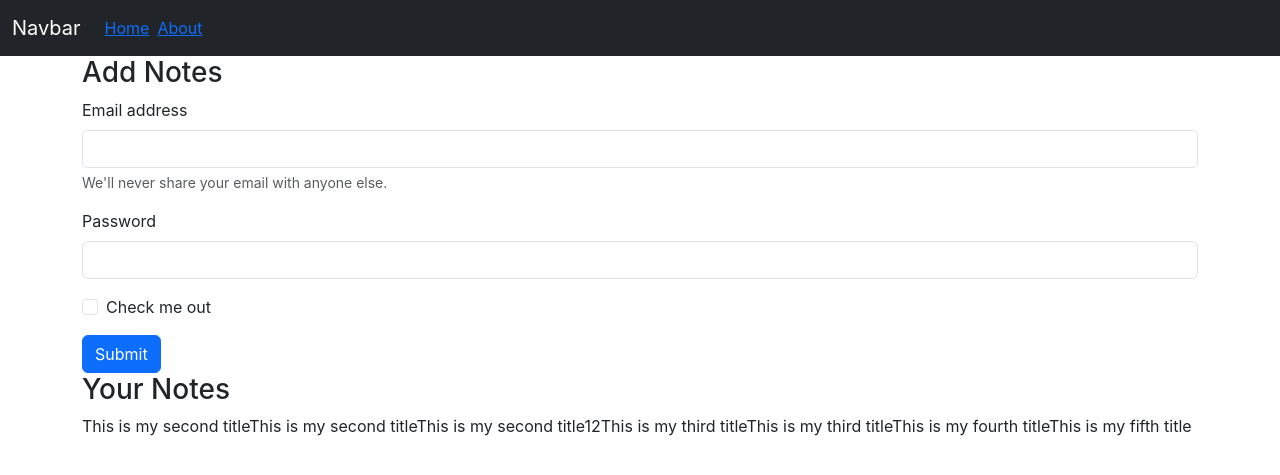
Repository: alphacode77/DailyNotes-react
Page: /
The author's editor kept a copy of each file at every save. The page is drawn from the files as they stood at one save, then again after the next save.
The browser window is 1280 px wide. The pictures show the whole page.
Some web libraries are served in a nearby version. The project was rebuilt for these pictures with package versions that can differ from the ones it lists, and the page was loaded fresh each time. Also part of the build but not shown: src/App.css, src/components/About.js.

Above is the page before, as saved 2023-02-28 16:19:13.

### public/index.html
<!DOCTYPE html>
<html lang="en">
  <head>
    <meta charset="utf-8" />
    <link rel="icon" href="%PUBLIC_URL%/favicon.ico" />
    <meta name="viewport" content="width=device-width, initial-scale=1" />
    <meta name="theme-color" content="#000000" />
    <meta
      name="description"
      content="Web site created using create-react-app"
    />
    <link rel="apple-touch-icon" href="%PUBLIC_URL%/logo192.png" />
    <!--
      manifest.json provides metadata used when your web app is installed on a
      user's mobile device or desktop. See https://developers.google.com/web/fundamentals/web-app-manifest/
    -->
    <link rel="manifest" href="%PUBLIC_URL%/manifest.json" />
    <!--
      Notice the use of %PUBLIC_URL% in the tags above.
      It will be replaced with the URL of the `public` folder during the build.
      Only files inside the `public` folder can be referenced from the HTML.

      Unlike "/favicon.ico" or "favicon.ico", "%PUBLIC_URL%/favicon.ico" will
      work correctly both with client-side routing and a non-root public URL.
      Learn how to configure a non-root public URL by running `npm run build`.
    -->
    <link href="https://cdn.jsdelivr.net/npm/bootstrap@5.3.0-alpha1/dist/css/bootstrap.min.css" rel="stylesheet" integrity="sha384-GLhlTQ8iRABdZLl6O3oVMWSktQOp6b7In1Zl3/Jr59b6EGGoI1aFkw7cmDA6j6gD" crossorigin="anonymous">
    <title>React App</title>
  </head>
  <body>
    <noscript>You need to enable JavaScript to run this app.</noscript>
    <div id="root"></div>
    <!--
      This HTML file is a template.
      If you open it directly in the browser, you will see an empty page.

      You can add webfonts, meta tags, or analytics to this file.
      The build step will place the bundled scripts into the <body> tag.

      To begin the development, run `npm start` or `yarn start`.
      To create a production bundle, use `npm run build` or `yarn build`.
    -->
    <script src="https://cdn.jsdelivr.net/npm/bootstrap@5.3.0-alpha1/dist/js/bootstrap.bundle.min.js" integrity="sha384-w76AqPfDkMBDXo30jS1Sgez6pr3x5MlQ1ZAGC+nuZB+EYdgRZgiwxhTBTkF7CXvN" crossorigin="anonymous"></script>
    <script src="https://kit.fontawesome.com/320aa9be75.js" crossorigin="anonymous"></script>
  </body>
</html>

### src/index.css
body {
  margin: 0;
  font-family: -apple-system, BlinkMacSystemFont, 'Segoe UI', 'Roboto', 'Oxygen',
    'Ubuntu', 'Cantarell', 'Fira Sans', 'Droid Sans', 'Helvetica Neue',
    sans-serif;
  -webkit-font-smoothing: antialiased;
  -moz-osx-font-smoothing: grayscale;
}

code {
  font-family: source-code-pro, Menlo, Monaco, Consolas, 'Courier New',
    monospace;
}


/* Custom Styles */
i{
  cursor: pointer;
}

### src/App.js
import './App.css';
import Navbar from './components/Navbar';
import Home from './components/Home';
import About from './components/About';
import NoteState from './Context/Notes/NoteState';
import {
  BrowserRouter as Router,
  Route,
  Routes
} from "react-router-dom";

function App() {
  return (
    <>
    <NoteState>


    <Router>
    <Navbar/>
    <Routes>
      <Route exact path="/" element={<Home/>} />
      <Route exact path="/about" element={<About/>} />
      {/* <Route exactPath="/navbar" element={<Navbar/>} /> */}
    </Routes>
  </Router>
  </NoteState>

    </>

  );
}

export default App;

### src/components/Navbar.js
import React, { useEffect }  from 'react'
import { Link,useLocation } from 'react-router-dom'

const Navbar = ()=>{
  let location = useLocation();
  useEffect(()=>{

  },[location])
    return (
     <>
     <nav className="navbar navbar-expand-lg bg-dark navbar-dark">
  <div className="container-fluid">
    <Link className="navbar-brand" to="/">Navbar</Link>
    <button className="navbar-toggler" type="button" data-bs-toggle="collapse" data-bs-target="#navbarSupportedContent" aria-controls="navbarSupportedContent" aria-expanded="false" aria-label="Toggle navigation">
      <span className="navbar-toggler-icon"></span>
    </button>
    <div className="collapse navbar-collapse" id="navbarSupportedContent">
      <ul className="navbar-nav me-auto mb-2 mb-lg-0">
        <li className="nav-item mx-2">
          <Link className={`"nav-link" ${location.pathname==="/"?"active":""}`} aria-current="page" to="/">Home</Link>
        </li>
        <li className="nav-item">
          <Link className={`"nav-link" ${location.pathname==="/about"?"active":""}`} to="/about">About</Link>
        </li>
      </ul>

    </div>
  </div>
</nav>
     </>
    )
}

export default Navbar

### src/components/Home.js
import React, { useContext } from "react"
import NoteContext from "../Context/Notes/NoteContext"

const Home =()=>{
  const context = useContext(NoteContext);
  const{notes,setNotes} = context
    return(
        <>
        <div className="container">
        <h3>Add Notes</h3>
        <form>
  <div class="mb-3 ">
    <label for="exampleInputEmail1" class="form-label">Email address</label>
    <input type="email" class="form-control" id="exampleInputEmail1" aria-describedby="emailHelp"/>
    <div id="emailHelp" class="form-text">We'll never share your email with anyone else.</div>
  </div>
  <div class="mb-3">
    <label for="exampleInputPassword1" class="form-label">Password</label>
    <input type="password" class="form-control" id="exampleInputPassword1"/>
  </div>
  <div class="mb-3 form-check">
    <input type="checkbox" class="form-check-input" id="exampleCheck1"/>
    <label class="form-check-label" for="exampleCheck1">Check me out</label>
  </div>
  <button type="submit" class="btn btn-primary">Submit</button>
</form>
</div>
<div className="container">
  <h3>Your Notes</h3>
  {notes.map((note)=>{
    return note.title;
  })}
</div>
        </>
    )
}

export default Home

### src/Context/Notes/NoteState.js
import React, { useState } from "react";
import NoteContext from "./NoteContext"


const NoteState = (props) => {

  const initalNotes = [
    {
      "_id": "63f3b6c7c6863985aada677be",
      "user": "63f20b9a00ad623ad3d4dae2",
      "title": "This is my second title",
      "description": "Description of the second note",
      "tag": "demo check",
      "date": "2023-02-20T18:07:03.296Z",
      "__v": 0
    },
    {
      "_id": "63f3b892a33086ff244bcc267",
      "user": "63f20b9a00ad623ad3d4dae2",
      "title": "This is my second title",
      "description": "Description of the second note",
      "tag": "demo check",
      "date": "2023-02-20T18:14:42.184Z",
      "__v": 0
    },
    {
      "_id": "63f3b89ca34086ff244bcc26b",
      "user": "63f20b9a00ad623ad3d4dae2",
      "title": "This is my second title12",
      "description": "Description of the second note12",
      "tag": "demo check",
      "date": "2023-02-20T18:14:52.449Z",
      "__v": 0
    },
    {
      "_id": "63f49f58882156f0ed94969e",
      "user": "63f20b9a00ad623ad3d4dae2",
      "title": "This is my third title",
      "description": "Description of the third note",
      "tag": "personal",
      "date": "2023-02-21T10:39:20.800Z",
      "__v": 0
    },
    {
      "_id": "63f49f588821565f0ed94969e",
      "user": "63f20b9a00ad623ad3d4dae2",
      "title": "This is my third title",
      "description": "Description of the third note",
      "tag": "personal",
      "date": "2023-02-21T10:39:20.800Z",
      "__v": 0
    },
    {
      "_id": "63f90022ae5c6479c6e95d43e",
      "user": "63f20b9a00ad623ad3d4dae2",
      "title": "This is my fourth title",
      "description": "Description of the fourth note",
      "tag": "personal",
      "date": "2023-02-24T18:21:30.036Z",
      "__v": 0
    },
    {
      "_id": "63f90b33480d3d651f2ba231",
      "user": "63f20b9a00ad623ad3d4dae2",
      "title": "This is my fifth title",
      "description": "Description of the fifth note",
      "tag": "personal",
      "date": "2023-02-24T19:08:35.605Z",
      "__v": 0
    }
  ]
  const [notes, setNotes] = useState(initalNotes)

  //Add Notes
  const addNote = (title, description, tag) => {
    let note = {
      "_id": "63f90022ae5c6479c6e95d43e",
      "user": "63f20b9a00ad623ad3d4dae2",
      "title": title,
      "description": description,
      "tag": tag,
      "date": "2023-02-24T18:21:30.036Z",
      "__v": 0
    }
    setNotes(notes.concat(note))
  }

  //Delete Notes
  const deleteNote = () => {

  }

  //Update Notes
  const updateNote = () => {

  }
  return (
    <NoteContext.Provider value={{ notes, setNotes, addNote, deleteNote, updateNote }}>
      {props.children}
    </NoteContext.Provider>

  )
}

export default NoteState;

### src/Context/Notes/NoteContext.js
import {createContext} from 'react'

const NoteContext = createContext();

export default NoteContext;

### src/components/Notes.js
import React from 'react'

function Notes() {
  return (
  <>
  <div className="container">
  <h3>Your Notes</h3>
  {notes.map((note)=>{
    return note.title;
  })}
</div>
  </>
  )
}

export default Notes

Loaded but not shown: src/index.js (common file)

After the next save:
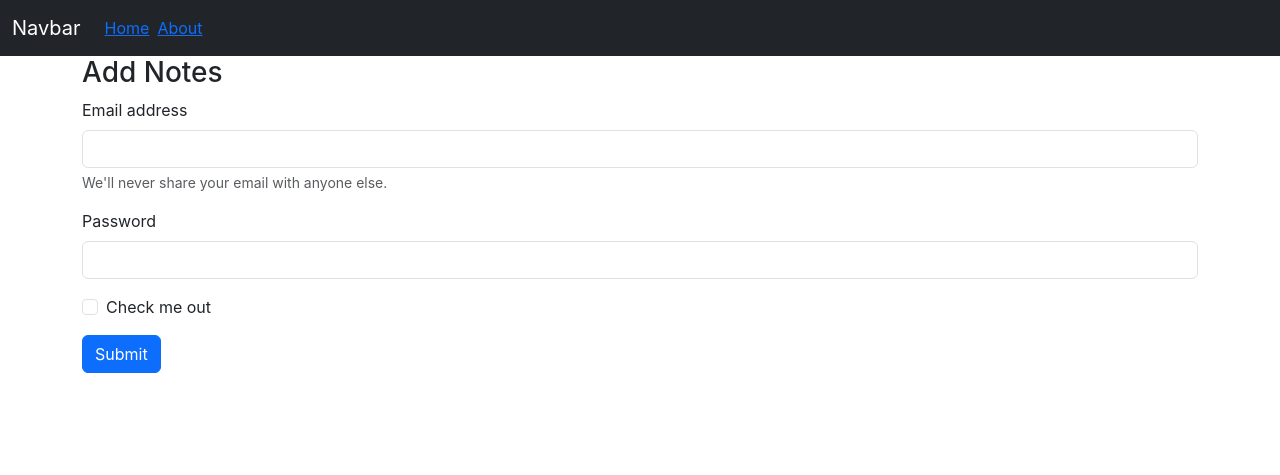
Saved 69 s later.
--- a/src/components/Home.js
+++ b/src/components/Home.js
@@ -25,12 +25,7 @@
   <button type="submit" class="btn btn-primary">Submit</button>
 </form>
 </div>
-<div className="container">
-  <h3>Your Notes</h3>
-  {notes.map((note)=>{
-    return note.title;
-  })}
-</div>
+
         </>
     )
 }

After the 5 saves that followed:
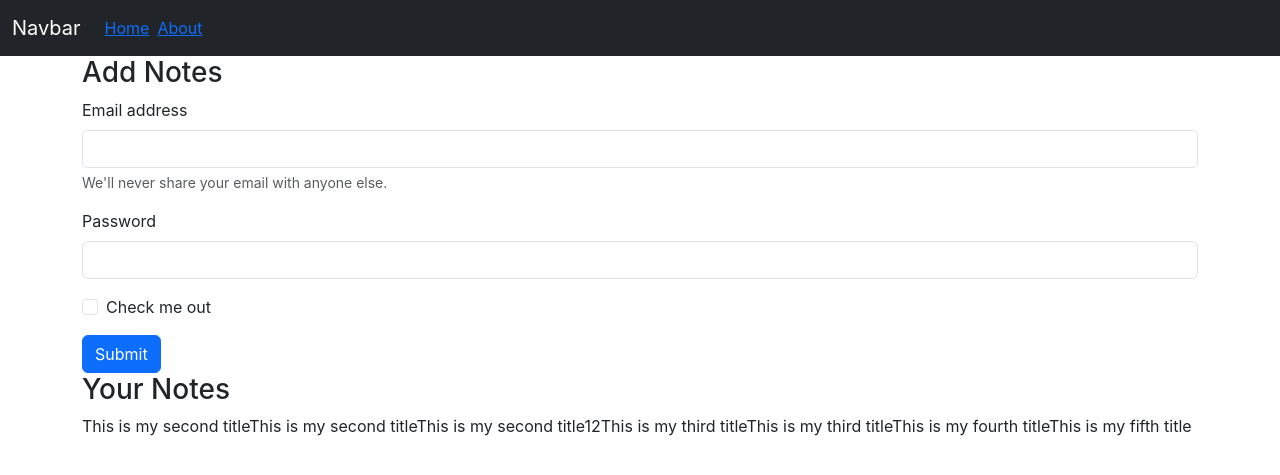
The 5 saves are shown as one change because 4 left the picture as it was.
The last was saved 3 min 45 s later.
--- a/src/components/Home.js
+++ b/src/components/Home.js
@@ -1,9 +1,8 @@
-import React, { useContext } from "react"
-import NoteContext from "../Context/Notes/NoteContext"
+import React from "react"
+import Notes from "./Notes"
 
 const Home =()=>{
-  const context = useContext(NoteContext);
-  const{notes,setNotes} = context
+
     return(
         <>
         <div className="container">
@@ -25,6 +24,7 @@
   <button type="submit" class="btn btn-primary">Submit</button>
 </form>
 </div>
+<Notes/>
 
         </>
     )
--- a/src/components/Notes.js
+++ b/src/components/Notes.js
@@ -1,6 +1,9 @@
-import React from 'react'
+import React,{ useContext } from 'react'
+import NoteContext from "../Context/Notes/NoteContext"
 
 function Notes() {
+  const context = useContext(NoteContext);
+  const{notes,setNotes} = context
   return (
   <>
   <div className="container">
